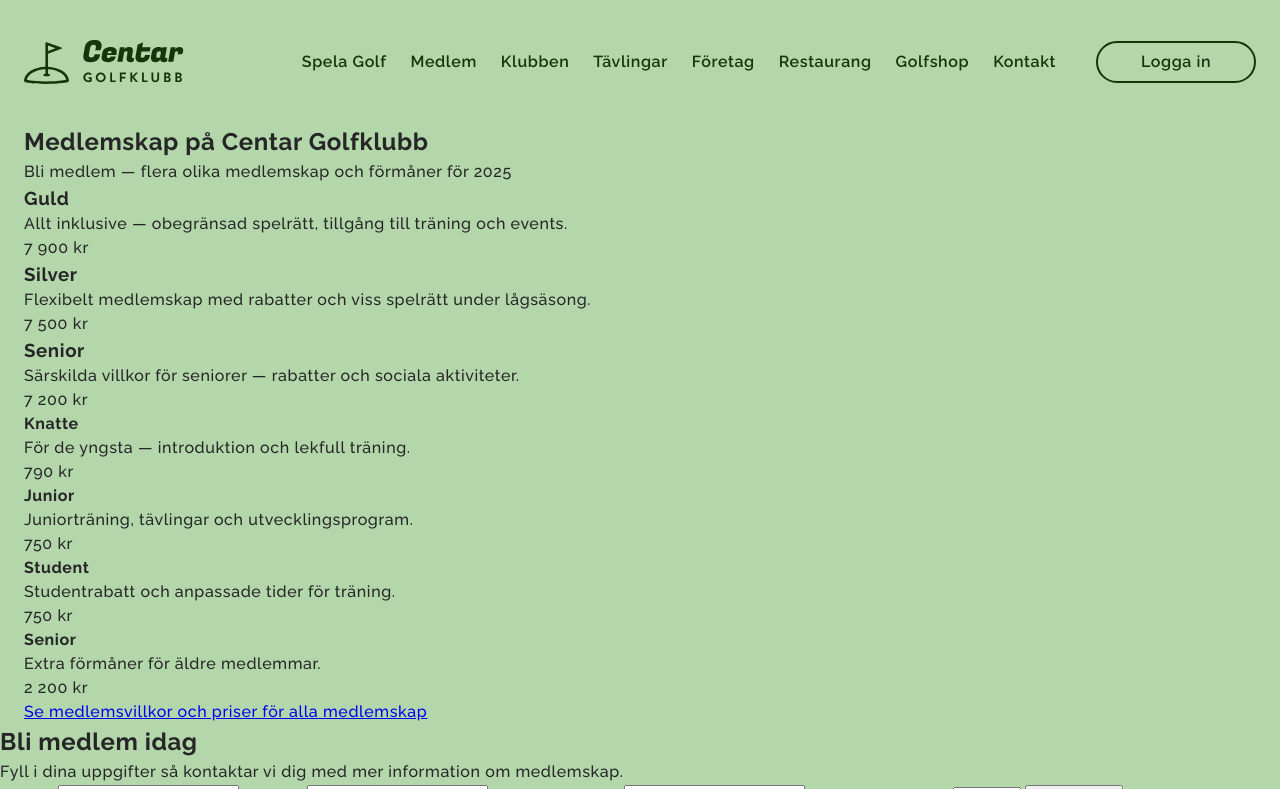
Repository: Tamana831/GolfklubbCentar
Page: Medlem.html
An editor plug-in stored every save of this project. The page is shown before and after the next save, followed by the edit.
The browser window is 1280 px wide. The pictures show the part of the page from y = 0 to 789 px (the page is 1628 px tall).
A picture or video elsewhere on the page could not be fetched, so the positions and the page height are approximate.

Above is the page before, as saved 2025-10-22 12:01:54.

After the next save:
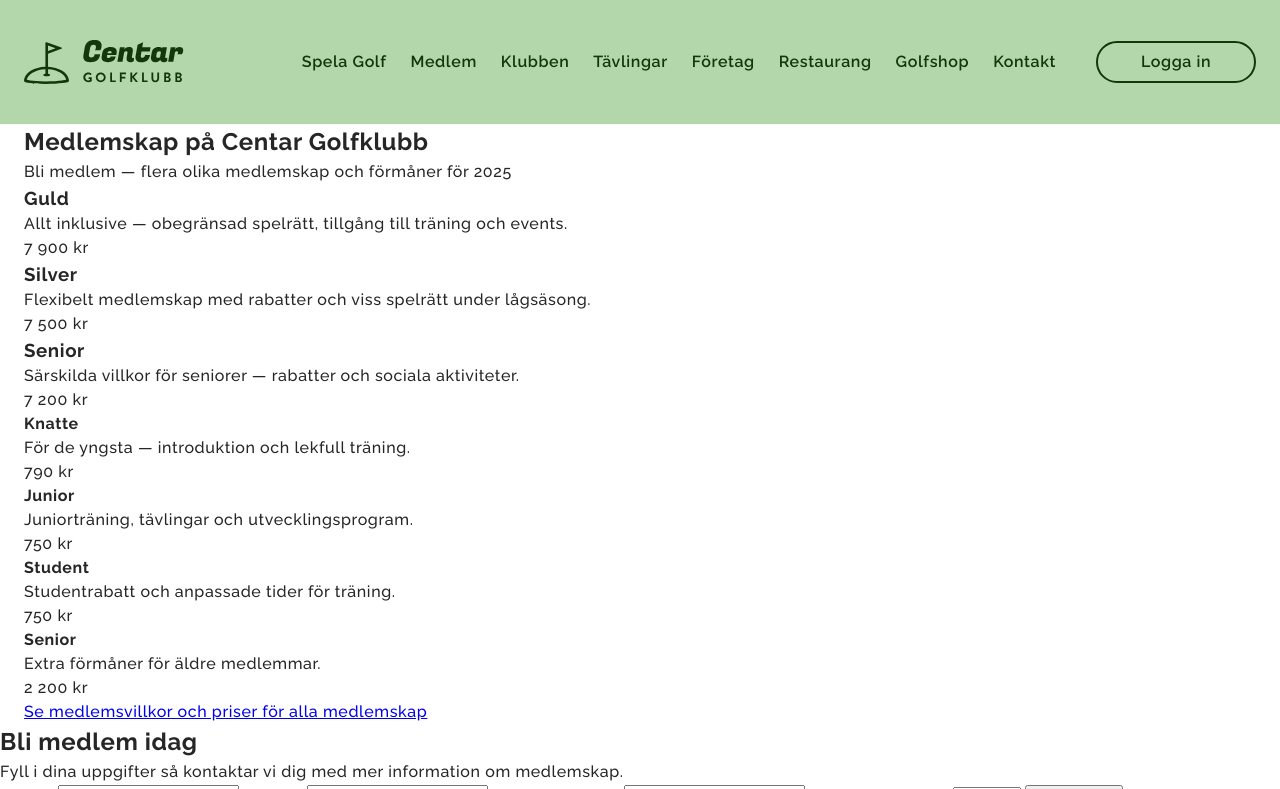
Saved 39 s later.
--- a/Medlem.html
+++ b/Medlem.html
@@ -39,6 +39,7 @@
           <a href="#" class="button btn-primary-outline">Logga in</a>
         </div>
       </nav>
+    </header>
 
     <section class="Container ">
       <div class="container">
